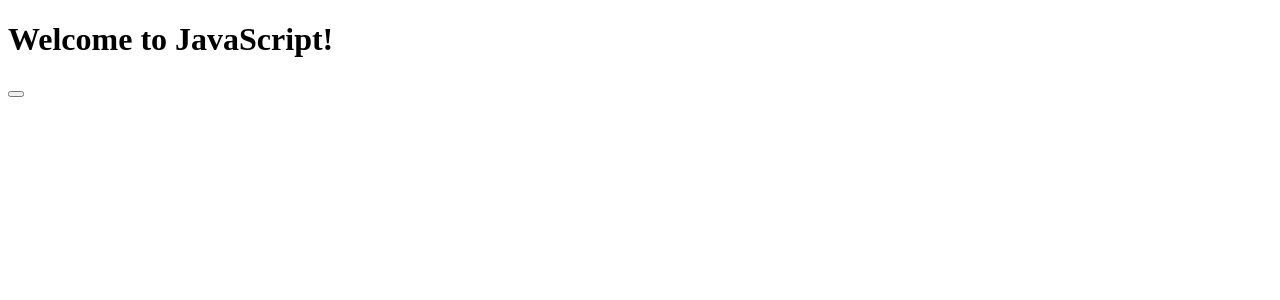
Repository: yiyongc/learning-2017
Page: SpringTraining/Day12-JavaScriptES6/WebContent/index.html
The author's editor kept a copy of each file at every save. The page is drawn from the files as they stood at one save, then again after the next save.
The browser window is 1280 px wide. The pictures show the whole page.

Above is the page before, as saved 2017-09-13 02:20:45.
Console error: ReferenceError: demo is not defined

After the next save:
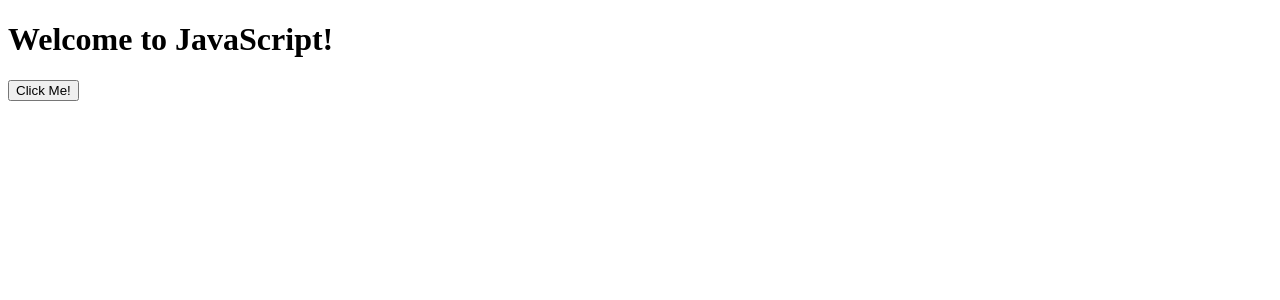
Saved 14 s later.
--- a/SpringTraining/Day12-JavaScriptES6/WebContent/index.html
+++ b/SpringTraining/Day12-JavaScriptES6/WebContent/index.html
@@ -17,6 +17,6 @@
 <body onload="demo()">
 <h1>Welcome to JavaScript!</h1>
 <!-- inline javascript -->
-<button onclick="javascript:alert('wassssssuppppppp');"></button>
+<button onclick="javascript:alert('wassssssuppppppp');">Click Me!</button>
 </body>
 </html>
